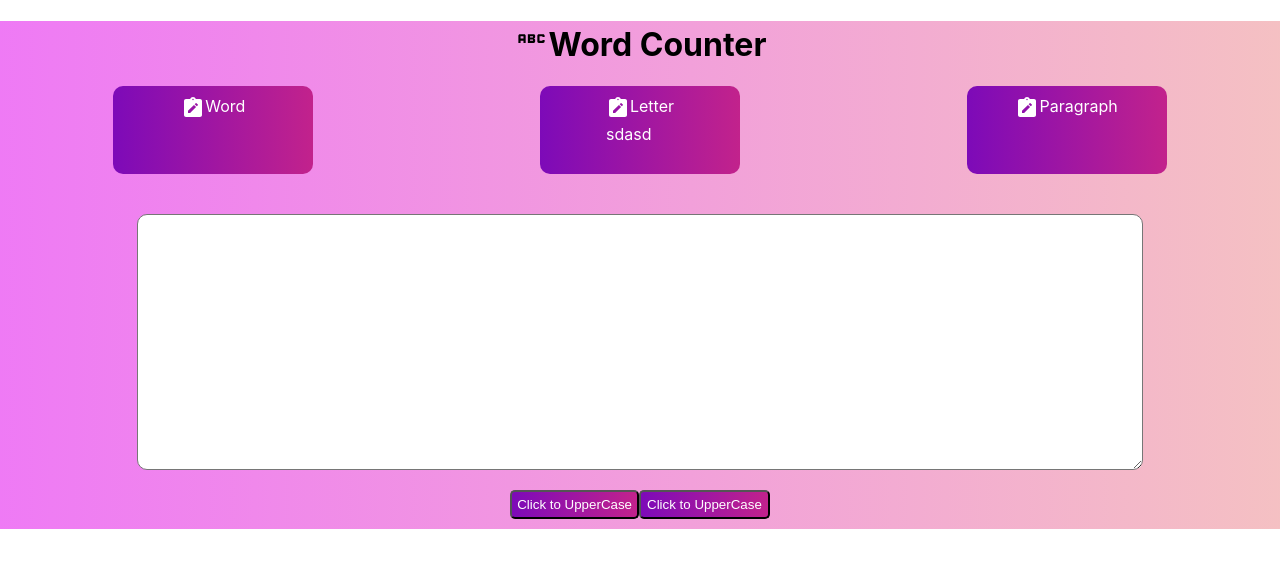
Repository: 123cuongcao/nopbai-basic
Page: /
The author's editor kept a copy of each file at every save. The page is drawn from the files as they stood at one save, then again after the next save.
The browser window is 1280 px wide. The pictures show the whole page.
The project was rebuilt for these pictures with package versions that can differ from the ones it lists, and the page was loaded fresh each time. Also part of the build but not shown: src/components/views/box.jsx, src/components/views/textarea.jsx.

Above is the page before, as saved 2023-08-15 12:39:29.

### src/App.js
import logo from './logo.svg';
// import './App.css';
import Index from './components';

function App() {
  return (
    <>
      <Index/>
    </>
  );
}

export default App;

### src/components/index.jsx
import React, { useEffect } from "react";
import Box from "./views/box";
import AbcIcon from "@mui/icons-material/Abc";
import Textarea from "./views/textarea";
import NoteAltIcon from "@mui/icons-material/NoteAlt";
import { useState } from "react";

export default function Index() {

    const[text,setText]=useState('')
    const[word,setWord]=useState('');
    const[letter,setLetter]=useState('')
    const[paragraph,setParagraph]=useState('')

    const countWord=(text)=>{
        const textSplit = text.split('').length
        setLetter(textSplit)
    }

    useEffect(()=>{
        const words = countWord(text);
        setWord(words)
    },[text])
    console.log(word);
    console.log(text);

  return (
    <div
      style={{
        background: "linear-gradient(to right,#e002ec86,#f3b6b9db",
      }}
    >
      <h1 style={{ textAlign: "center"}}>
        {" "}
        <span>
          <AbcIcon fontSize="large" />
        </span>
        Word Counter
      </h1>

      <div style={{ display: "flex", justifyContent: "space-around" }}>
        <div
          style={{
            background: "linear-gradient(to right,#7D0AB8,#C2228C",
            width: "200px",
            display: "flex",
            justifyContent: "center",
            color: "#ffff",
            borderRadius: "10px",
          }}
        >
          <div style={{ display:'flex', padding: "10px 30px 30px 30px", flexDirection:'column'}}>
            <div style={{display:'flex'}}>
                <span>
              <NoteAltIcon />
                </span>
            <span>Word</span>
            </div>

                <div></div>
          </div>
        </div>

        <div
          style={{
            background: "linear-gradient(to right,#7D0AB8,#C2228C",
            width: "200px",
            display: "flex",
            justifyContent: "center",
            color: "#ffff",
            borderRadius: "10px",
          }}
        >
          <div style={{ display: "flex", padding: "10px 30px 30px 30px" , flexDirection:'column'}}>
          <div style={{display:'flex'}}>
                <span>
              <NoteAltIcon />
                </span>
            <span>Letter</span>
            </div>

                <div>sdasd  </div>
          </div>
        </div>

        <div
          style={{
            background: "linear-gradient(to right,#7D0AB8,#C2228C",
            width: "200px",
            display: "flex",
            justifyContent: "center",
            color: "#ffff",
            borderRadius: "10px",
          }}
        >
          <div style={{ display: "flex", padding: "10px 30px 30px 30px" , flexDirection:'column'}}>
          <div style={{display:'flex'}}>
                <span>
              <NoteAltIcon />
                </span>
            <span>Paragraph</span>
            </div>

                <div> </div>
          </div>
        </div>
      </div>

      <div
        style={{ display: "flex", justifyContent: "center", marginTop: "40px" }}
      >
       {/* *******text******* */}
        <textarea onChange={(e)=>setText(e.target.value)} value={text} style={{width:'1000px',height:'250px',borderRadius:'10px',}} ></textarea>

      </div>

      <div
        style={{
          display: "flex",
          justifyContent: "center",
          padding: "20px 0px 10px 0px",
        }}
      >
        <button
          style={{
            background: "linear-gradient(to right,#7D0AB8,#C2228C",
            color: "#fff",
            borderRadius: "5px",
            padding: "5px",
          }}
        >
          Click to UpperCase
        </button>
        <button
          style={{
            background: "linear-gradient(to right,#7D0AB8,#C2228C",
            color: "#fff",
            borderRadius: "5px",
          }}
        >
          Click to UpperCase
        </button>
      </div>
    </div>
  );
}

Loaded but not shown: public/index.html (common file); src/index.js (common file); src/index.css (common file); src/reportWebVitals.js (common file)

After the next save:
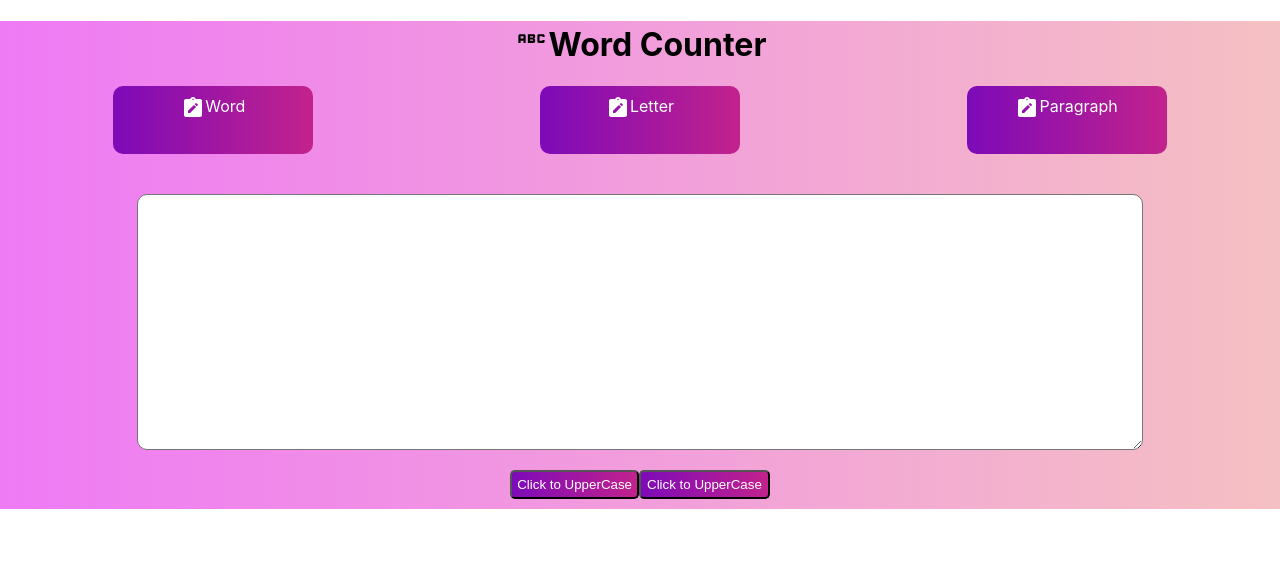
Saved 67 s later.
--- a/src/components/index.jsx
+++ b/src/components/index.jsx
@@ -79,7 +79,7 @@ export default function Index() {
             <span>Letter</span>
             </div>
 
-                <div>sdasd  </div>
+                <div>  </div>
           </div>
         </div>
 
